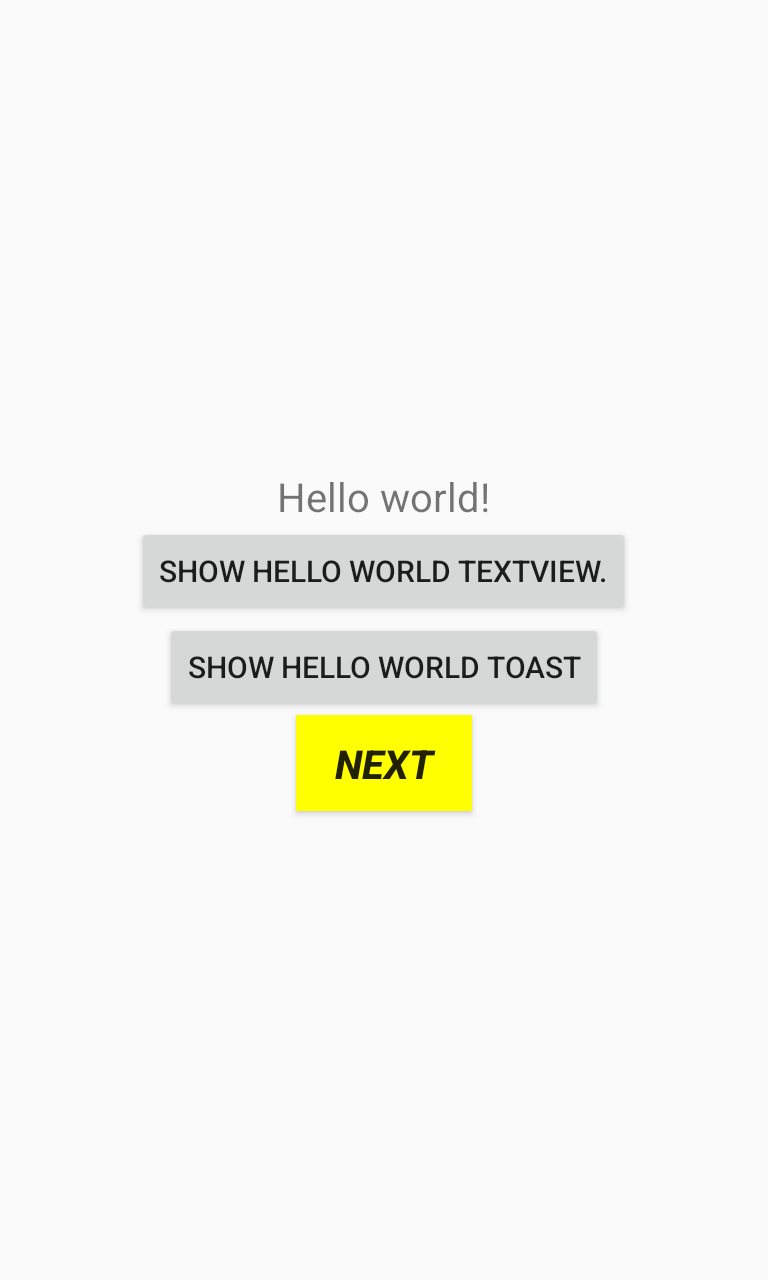
Repository: JoanneCaroll/EventHandling
Layout: EventHandling/res/layout/activity_main.xml
An editor plug-in stored every save of this project. The layout is shown before and after the next save, followed by the edit.
It is drawn on a 768 x 1280 px phone screen (xhdpi) without system bars, with theme AppTheme; the app's code is not run.

Above is the layout before, as saved 2014-10-28 09:18:44.

### EventHandling/res/layout/activity_main.xml
<LinearLayout xmlns:android="http://schemas.android.com/apk/res/android"
    xmlns:tools="http://schemas.android.com/tools"
    android:layout_width="match_parent"
    android:layout_height="match_parent"
    android:orientation="vertical"
    android:gravity="center"
    android:padding="30dp">


        <TextView
            android:layout_gravity="center"
            android:id="@+id/hello_world"
            android:layout_width="wrap_content"
            android:layout_height="wrap_content"
            android:text="@string/hello_world"
            android:textSize="20dp" />


       <Button
           android:layout_gravity="center"
           android:id="@+id/showText"
           android:layout_width="wrap_content"
           android:layout_height="wrap_content"
           android:text="@string/show"
           android:textSize="15dp" />

       <Button
           	android:layout_gravity="center"
	        android:id="@+id/showToast"
	        android:layout_width="wrap_content"
	        android:layout_height="wrap_content"
	        android:text="@string/showToast"
	        android:textSize="15dp"/>

        <Button
            android:layout_gravity="center"
            android:id="@+id/next"
            android:layout_width="wrap_content"
            android:layout_height="wrap_content"
            android:text="@string/next"
            android:textStyle="italic|bold"
            android:textSize ="20dp"
            android:background="#ffff00"
            />

</LinearLayout>

### EventHandling/res/values/strings.xml
<?xml version="1.0" encoding="utf-8"?>
<resources>

    <string name="app_name">EventHandling</string>
    <string name="hello_world">Hello world!</string>
    <string name="show">Show Hello World TextView.</string>
	<string name="showToast">Show Hello World Toast</string>
	<string name="next">Next</string>
	<string name="action_settings">Menu</string>
	<string name="welcomeText">Welcome!</string>
</resources>

Loaded but not shown: EventHandling/res/values/styles.xml (common file); EventHandling/res/values-v11/styles.xml (common file); EventHandling/res/values-v14/styles.xml (common file)

After the next save:
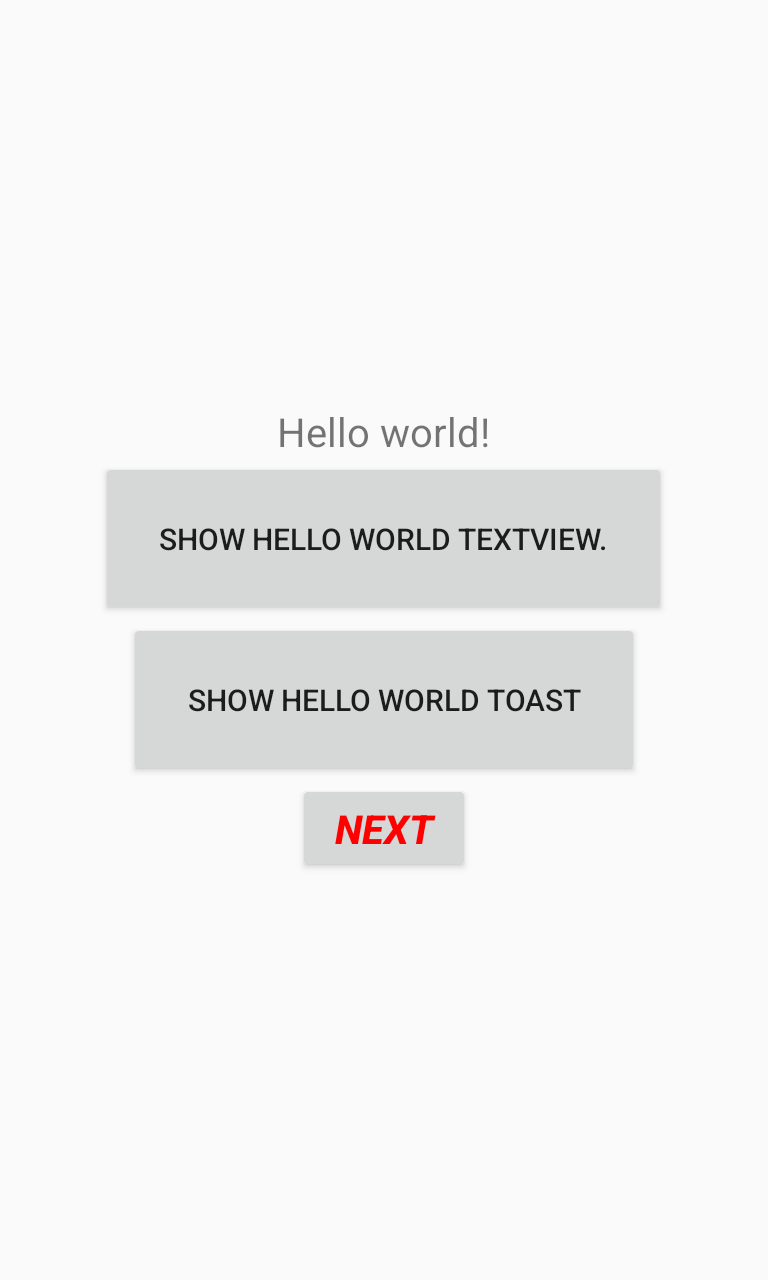
Saved 119 s later.
--- a/EventHandling/res/layout/activity_main.xml
+++ b/EventHandling/res/layout/activity_main.xml
@@ -22,7 +22,8 @@
            android:layout_width="wrap_content"
            android:layout_height="wrap_content"
            android:text="@string/show"
-           android:textSize="15dp" />
+           android:textSize="15dp"
+           android:padding="30dp" />
 
        <Button
            	android:layout_gravity="center"
@@ -30,7 +31,8 @@
 	        android:layout_width="wrap_content"
 	        android:layout_height="wrap_content"
 	        android:text="@string/showToast"
-	        android:textSize="15dp"/>
+	        android:textSize="15dp"
+	        android:padding="30dp"/>
 
         <Button
             android:layout_gravity="center"
@@ -40,7 +42,7 @@
             android:text="@string/next"
             android:textStyle="italic|bold"
             android:textSize ="20dp"
-            android:background="#ffff00"
+            android:textColor="#ff0000"
             />
 
 </LinearLayout>
